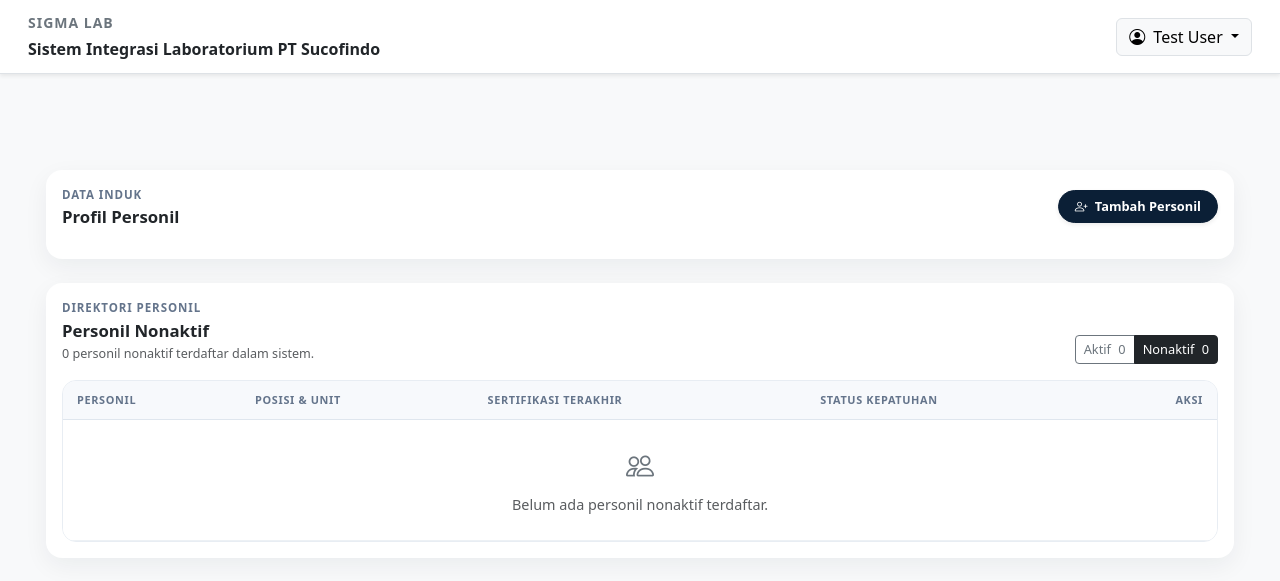
Repository: amelianeesa/sigmalab
Page: http://localhost/sdm?status=nonaktif
The author's editor kept a copy of each file at every save. The page is drawn from the files as they stood at one save, then again after the next save.
The browser window is 1280 px wide. The pictures show the whole page.
The page is served by the project's Laravel application, run on PHP 8.4 with Laravel 12. A made-up administrator, Test User (test@example.com), is signed in. Other server files are loaded and not shown. Queries for data that is not in the repository find no rows.

Above is the page before, as saved 2026-08-06 11:55:33.

### routes/web.php
<?php

use Illuminate\Support\Facades\Route;
use App\Http\Controllers\AuthController;
use App\Http\Controllers\SdmController;

Route::get('/', [AuthController::class, 'showLogin']);
Route::get('/login', [AuthController::class, 'showLogin'])->name('login');
Route::post('/login', [AuthController::class, 'processLogin'])->name('login.process');

Route::get('/register', [AuthController::class, 'showRegister'])->name('register');
Route::post('/register', [AuthController::class, 'processRegister'])->name('register.process');

Route::post('/logout', [AuthController::class, 'logout'])->name('logout');

Route::middleware(['auth'])->group(function () {

    Route::get('/dashboard', function () {
        return view('dashboard-index');
    })->name('dashboard');

    Route::get('/sdm', [SdmController::class, 'index'])->name('sdm.index');
    Route::get('/sdm/create', [SdmController::class, 'create'])->name('sdm.create');
    Route::post('/sdm', [SdmController::class, 'store'])->name('sdm.store');
    Route::get('/sdm/{id}/edit', [SdmController::class, 'edit'])->name('sdm.edit');
    Route::put('/sdm/{id}', [SdmController::class, 'update'])->name('sdm.update');
    Route::delete('/sdm/{id}', [SdmController::class, 'destroy'])->name('sdm.destroy');
    Route::patch('/sdm/{id}/aktifkan', [SdmController::class, 'activate'])->name('sdm.activate');
    Route::delete('/sdm/{id}/permanen', [SdmController::class, 'forceDestroy'])->name('sdm.force-destroy');

    Route::get('/sdm/{id}/kompetensi', [SdmController::class, 'kompetensiDetail'])->name('sdm.kompetensi.detail');
    Route::post('/sdm/{id}/kompetensi', [SdmController::class, 'storeKompetensi'])->name('sdm.kompetensi.store');
    Route::put('/sdm/{id}/kompetensi/{kompetensiId}', [SdmController::class, 'updateKompetensi'])->name('sdm.kompetensi.update');
    Route::delete('/sdm/{id}/kompetensi/{kompetensiId}', [SdmController::class, 'destroyKompetensi'])->name('sdm.kompetensi.destroy');
    Route::get('/sdm/{id}/cv', [SdmController::class, 'showCv'])->name('sdm.cv');
});

### app/Models/User.php
<?php

namespace App\Models;

use Illuminate\Database\Eloquent\Factories\HasFactory;
use Illuminate\Foundation\Auth\User as Authenticatable;
use Illuminate\Notifications\Notifiable;

class User extends Authenticatable
{
    use HasFactory, Notifiable;

    protected $table = 'users';
    protected $primaryKey = 'users_id';

    protected $fillable = [
        'personil_id',
        'username',
        'email',
        'password',
        'role_id',
        'status_aktif',
    ];

    protected $hidden = [
        'password',
    ];

    public function personil()
    {
        return $this->belongsTo(Personil::class, 'personil_id', 'personil_id');
    }

    public function role()
    {
        return $this->belongsTo(Role::class, 'role_id', 'roles_id');
    }
}

### app/Http/Controllers/SdmController.php
<?php
namespace App\Http\Controllers;

use Illuminate\Http\Request;
use App\Models\Personil; // Sesuaikan dengan model Anda
use App\Models\KompetensiPersonil;
use Carbon\Carbon;
use Illuminate\Support\Facades\DB;
use Illuminate\Support\Facades\Storage;

class SdmController extends Controller
{
    public function index()
    {
        $showInactive = request('status') === 'nonaktif';
        $personil = Personil::with(['kompetensi' => fn ($query) => $query->orderByDesc('tanggal_terbit')])
            ->where('status_aktif', ! $showInactive)
            ->get();

        $jumlahPersonilAktif = Personil::where('status_aktif', true)->count();
        $jumlahPersonilNonaktif = Personil::where('status_aktif', false)->count();

        $personil->each(function (Personil $item) {
            $sertifikasi = $item->kompetensi->first();
            $item->sertifikasiTerakhir = $sertifikasi;

            if (! $sertifikasi) {
                $item->statusSertifikasi = ['label' => 'Belum bersertifikat', 'class' => 'status-empty', 'icon' => 'dash-circle'];
            } elseif (! $sertifikasi->tanggal_berakhir) {
                $item->statusSertifikasi = ['label' => 'Aktif', 'class' => 'status-active', 'icon' => 'check-circle'];
            } elseif ($sertifikasi->tanggal_berakhir->isPast()) {
                $item->statusSertifikasi = ['label' => 'Kedaluwarsa', 'class' => 'status-expired', 'icon' => 'x-circle'];
            } elseif ($sertifikasi->tanggal_berakhir->lessThanOrEqualTo(today()->addDays(60))) {
                $item->statusSertifikasi = ['label' => 'Segera berakhir', 'class' => 'status-warning', 'icon' => 'exclamation-circle'];
            } else {
                $item->statusSertifikasi = ['label' => 'Aktif', 'class' => 'status-active', 'icon' => 'check-circle'];
            }
        });
        $selectedPersonil = $personil->firstWhere('personil_id', request('personil_id'));

        return view('sdm.index', compact(
            'personil',
            'selectedPersonil',
            'showInactive',
            'jumlahPersonilAktif',
            'jumlahPersonilNonaktif'
        ));
    }

    public function create()
    {
        return view('sdm.create');
    }

    public function store(Request $request)
    {
        $request->validate([
            'no_induk' => 'required|unique:personil,no_induk',
            'nama' => 'required|string|max:100',
            'jabatan' => 'required|string|max:100',
            'unit_kerja' => 'required|string|max:100',
            'file_cv' => 'nullable|mimes:pdf,jpg,jpeg,png|max:2048',
            'nama_sertifikasi' => 'nullable|string|max:100',
            'no_sertifikasi' => 'nullable|string|max:100',
            'tanggal_terbit' => 'nullable|date',
            'tanggal_berakhir' => 'nullable|date|after_or_equal:tanggal_terbit',
        ]);

        $cvName = null;
        if ($request->hasFile('file_cv')) {
            $cvName = time() . '_' . $request->file_cv->getClientOriginalName();
            Storage::disk('local')->putFileAs('public/uploads/cv', $request->file('file_cv'), $cvName);
        }

        DB::transaction(function () use ($request, $cvName) {
            $personil = Personil::create([
                'no_induk' => $request->no_induk,
                'nama' => $request->nama,
                'jabatan' => $request->jabatan,
                'unit_kerja' => $request->unit_kerja,
                'file_cv' => $cvName,
                'status_aktif' => true,
            ]);

            if ($request->filled('nama_sertifikasi')) {
                $tanggalTerbit = Carbon::parse($request->input('tanggal_terbit') ?: today()->toDateString());

                KompetensiPersonil::create([
                    'personil_id' => $personil->personil_id,
                    'jenis_sertifikasi' => $request->nama_sertifikasi,
                    'no_sertifikasi' => $request->no_sertifikasi,
                    'tanggal_terbit' => $tanggalTerbit->toDateString(),
                    'tanggal_berakhir' => $request->tanggal_berakhir,
                ]);
            }
        });

        return redirect()->route('sdm.index')->with('success', 'Data personil berhasil ditambahkan.');
    }

    public function edit($id)
    {
        $personil = Personil::with(['kompetensi' => fn ($query) => $query->orderByDesc('tanggal_terbit')])->findOrFail($id);
        $sertifikasi = $personil->kompetensi->first();

        return view('sdm.edit', compact('personil', 'sertifikasi'));
    }

    public function update(Request $request, $id)
    {
        $personil = Personil::findOrFail($id);

        $request->validate([
            'no_induk' => 'required|unique:personil,no_induk,' . $id . ',personil_id',
            'nama' => 'required|string|max:100',
            'jabatan' => 'required|string|max:100',
            'unit_kerja' => 'required|string|max:100',
            'file_cv' => 'nullable|mimes:pdf,jpg,jpeg,png|max:2048',
            'nama_sertifikasi' => 'nullable|string|max:100',
            'no_sertifikasi' => 'nullable|string|max:100',
            'tanggal_terbit' => 'nullable|date',
            'tanggal_berakhir' => 'nullable|date|after_or_equal:tanggal_terbit',
        ]);

        if ($request->hasFile('file_cv')) {
            if ($personil->file_cv && Storage::disk('local')->exists('public/uploads/cv/' . $personil->file_cv)) {
                Storage::disk('local')->delete('public/uploads/cv/' . $personil->file_cv);
            }
            $cvName = time() . '_' . $request->file_cv->getClientOriginalName();
            Storage::disk('local')->putFileAs('public/uploads/cv', $request->file('file_cv'), $cvName);
            $personil->file_cv = $cvName;
        }

        DB::transaction(function () use ($personil, $request) {
            $personil->update([
                'no_induk' => $request->no_induk,
                'nama' => $request->nama,
                'jabatan' => $request->jabatan,
                'unit_kerja' => $request->unit_kerja,
            ]);

            if ($request->filled('nama_sertifikasi')) {
                $dataSertifikasi = [
                    'jenis_sertifikasi' => $request->nama_sertifikasi,
                    'no_sertifikasi' => $request->no_sertifikasi,
                    'tanggal_terbit' => $request->tanggal_terbit,
                    'tanggal_berakhir' => $request->tanggal_berakhir,
                ];

                $sertifikasi = $personil->kompetensi()->orderByDesc('tanggal_terbit')->first();
                $sertifikasi
                    ? $sertifikasi->update($dataSertifikasi)
                    : $personil->kompetensi()->create($dataSertifikasi);
            }
        });

        return redirect()->route('sdm.index')->with('success', 'Data personil berhasil diperbarui.');
    }

    public function destroy($id)
    {
        $personil = Personil::findOrFail($id);
        // Soft delete sesuai rancangan database
        $personil->update(['status_aktif' => false]);

        return redirect()->route('sdm.index')->with('success', 'Data personil dinonaktifkan (Soft Delete).');
    }

    public function activate($id)
    {
        $personil = Personil::findOrFail($id);
        $personil->update(['status_aktif' => true]);

        return redirect()->route('sdm.index')->with('success', 'Personil berhasil diaktifkan kembali.');
    }

    public function forceDestroy($id)
    {
        $personil = Personil::where('status_aktif', false)->findOrFail($id);

        if (DB::table('kegiatan_personil')->where('personil_id', $personil->personil_id)->exists()) {
            return redirect()->route('sdm.index', ['status' => 'nonaktif'])
                ->with('error', 'Personil tidak dapat dihapus permanen karena masih tercatat dalam kegiatan laboratorium.');
        }

        $fileCv = $personil->file_cv;
        $personil->delete();

        if ($fileCv && Storage::disk('local')->exists('public/uploads/cv/' . $fileCv)) {
            Storage::disk('local')->delete('public/uploads/cv/' . $fileCv);
        }

        return redirect()->route('sdm.index', ['status' => 'nonaktif'])
            ->with('success', 'Data personil beserta CV dan sertifikasinya telah dihapus permanen.');
    }

    public function kompetensiDetail($id)
    {
        $personil = Personil::with(['kompetensi' => fn ($query) => $query->orderByDesc('tanggal_terbit')])->findOrFail($id);
        return view('sdm.kompetensi_detail', compact('personil'));
    }

    public function storeKompetensi(Request $request, $id)
    {
        $personil = Personil::findOrFail($id);
        $data = $request->validate([
            'jenis_sertifikasi' => 'required|string|max:100',
            'no_sertifikasi' => 'nullable|string|max:100',
            'tanggal_terbit' => 'nullable|date',
            'tanggal_berakhir' => 'nullable|date|after_or_equal:tanggal_terbit',
        ]);

        $personil->kompetensi()->create($data);

        return redirect()->route('sdm.kompetensi.detail', $personil->personil_id)
            ->with('success', 'Sertifikat berhasil ditambahkan.');
    }

    public function updateKompetensi(Request $request, $id, $kompetensiId)
    {
        $personil = Personil::findOrFail($id);
        $kompetensi = $personil->kompetensi()->findOrFail($kompetensiId);
        $data = $request->validate([
            'jenis_sertifikasi' => 'required|string|max:100',
            'no_sertifikasi' => 'nullable|string|max:100',
            'tanggal_terbit' => 'nullable|date',
            'tanggal_berakhir' => 'nullable|date|after_or_equal:tanggal_terbit',
        ]);

        $kompetensi->update($data);

        return redirect()->route('sdm.kompetensi.detail', $personil->personil_id)
            ->with('success', 'Sertifikat berhasil diperbarui.');
    }

    public function destroyKompetensi($id, $kompetensiId)
    {
        $personil = Personil::findOrFail($id);
        $personil->kompetensi()->findOrFail($kompetensiId)->delete();

        return redirect()->route('sdm.kompetensi.detail', $personil->personil_id)
            ->with('success', 'Sertifikat berhasil dihapus.');
    }

    public function showCv($id)
    {
    $personil = Personil::findOrFail($id);
        $path = 'public/uploads/cv/' . $personil->file_cv;

        abort_unless($personil->file_cv && Storage::disk('local')->exists($path), 404, 'File CV tidak ditemukan.');

        return Storage::disk('local')->response($path, $personil->file_cv, [
            'Content-Disposition' => 'inline; filename="' . $personil->file_cv . '"',
        ]);
    }
}

### app/Models/Personil.php
<?php

namespace App\Models;

use Illuminate\Database\Eloquent\Factories\HasFactory;
use Illuminate\Database\Eloquent\Model;
use App\Models\KompetensiPersonil;

class Personil extends Model
{
    use HasFactory;

    protected $table = 'personil';
    protected $primaryKey = 'personil_id';

    protected $fillable = [
        'nama',
        'jabatan',
        'unit_kerja',
        'no_induk',
        'file_cv',
        'status_aktif',
    ];

    public function kompetensi()
    {
        return $this->hasMany(KompetensiPersonil::class, 'personil_id', 'personil_id');
    }
}

### resources/views/layouts/app.blade.php
<!DOCTYPE html>
<html lang="id">

<head>
    <meta charset="UTF-8">
    <title>Dashboard - SIGMALAB Sucofindo</title>
    <link href="https://cdn.jsdelivr.net/npm/bootstrap@5.3.0/dist/css/bootstrap.min.css" rel="stylesheet">
    <link href="https://cdn.jsdelivr.net/npm/bootstrap-icons@1.10.5/font/bootstrap-icons.css" rel="stylesheet">
    <style>
        body {
            background-color: #f8f9fa;
        }

        :root{
            --sdm-50: #f4f7fb;
            --sdm-500: #3c7ebd; /* fallback blue-ish */
            --sdm-600: #4c1d95; /* primary SDM purple used previously */
            --sdm-700: #2f1456;
        }

        #content {
            margin-left: 0;
            padding: 30px;
            padding-top: 80px; /* ensure content sits below sticky navbar */
        }

        .top-navbar {
            background: #fff;
            padding: 12px 28px;
            border-bottom: 1px solid #dee2e6;
            margin-left: 0;
            display: flex;
            justify-content: space-between;
            align-items: center;
            position: sticky;
            top: 0;
            z-index: 1020;
            min-height: 64px;
        }

        /* Prevent long/unexpected text from breaking header layout */
        .top-navbar .dropdown button {
            max-width: 220px;
            overflow: hidden;
            text-overflow: ellipsis;
            white-space: nowrap;
        }

        /* Make cards in dashboard more consistent and avoid overflow */
        .card.h-100 .card-body { min-height: 120px; }
        .card .card-body p { word-break: break-word; }
        /* Module card utilities */
        .module-card { transition: transform .12s ease, box-shadow .12s ease, border-color .12s ease; }
        .module-card:hover { transform: translateY(-4px); box-shadow: 0 12px 30px rgba(15,35,59,.08); }
        .sdm-highlight { border-color: var(--sdm-600) !important; }

        /* SDM theme helpers */
        .sdm-text { color: var(--sdm-600) !important; }
        .sdm-btn { background: var(--sdm-600); border-color: var(--sdm-600); color: #fff; }
        .sdm-border { border-color: rgba(76,29,149,0.12); }
    </style>
</head>

<body>
    <!-- Sidebar removed: content now full-width -->

    <div class="top-navbar shadow-sm">
        <div>
            <span class="text-uppercase text-secondary fs-7 fw-bold d-block mb-1" style="font-size: 14px; letter-spacing: 1px;">SIGMA LAB</span>
            <div class="mb-0 fw-bold">Sistem Integrasi Laboratorium PT Sucofindo</div>
        </div>
        <div class="dropdown">
            <button class="btn btn-light dropdown-toggle border" type="button" data-bs-toggle="dropdown" title="Profil">
                <i class="bi bi-person-circle me-1"></i> {{ Auth::user()->name ?? Auth::user()->username ?? 'Pengguna' }}
            </button>
            <ul class="dropdown-menu dropdown-menu-end">
                <li>
                    <form action="{{ route('logout') }}" method="POST">
                        @csrf
                        <button type="submit" class="dropdown-item text-danger"><i
                                class="bi bi-box-arrow-right me-2"></i> Logout</button>
                    </form>
                </li>
            </ul>
        </div>
    </div>

    <div id="content">
        @yield('content')
    </div>

    <script src="https://cdn.jsdelivr.net/npm/bootstrap@5.3.0/dist/js/bootstrap.bundle.min.js"></script>
</body>

</html>

Loaded but not shown: app/Http/Controllers/Controller.php (common file); resources/views/sdm/index.blade.php (341 lines, source omitted)

After the next save:
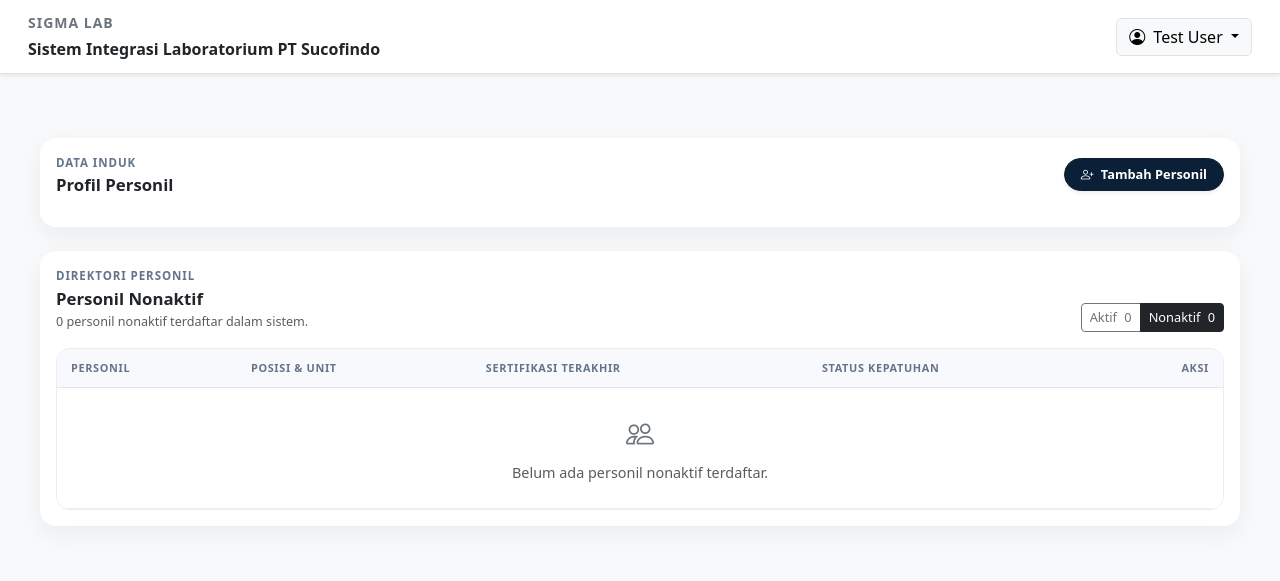
Saved 2 min 22 s later.
--- a/resources/views/layouts/app.blade.php
+++ b/resources/views/layouts/app.blade.php
@@ -20,8 +20,8 @@
 
         #content {
             margin-left: 0;
-            padding: 30px;
-            padding-top: 80px; /* ensure content sits below sticky navbar */
+            padding: 24px;
+            padding-top: 48px; /* reduced space under sticky navbar */
         }
 
         .top-navbar {
